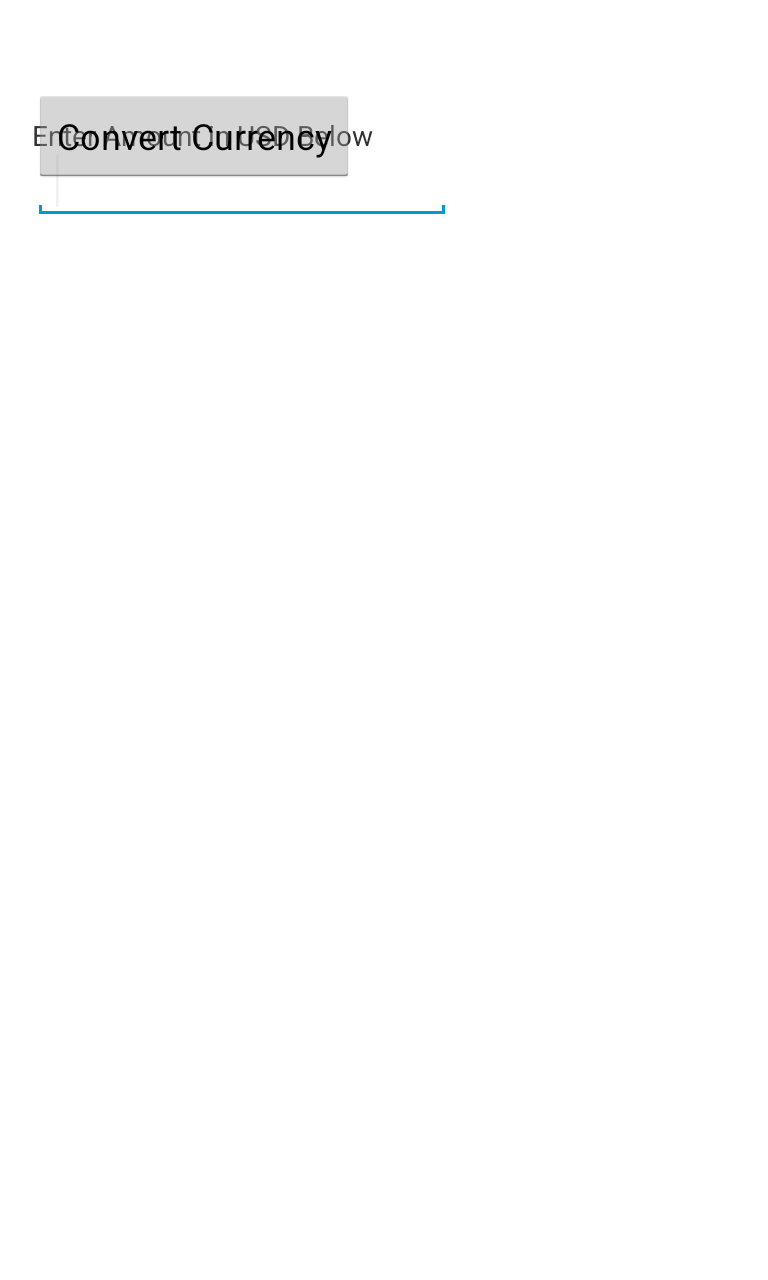
Repository: scottcaruso/mdf3_currencyconverter
Layout: Week1LauncherApp/res/layout/activity_main.xml
An editor plug-in stored every save of this project. The layout is shown before and after the next save, followed by the edit.
It is drawn on a 768 x 1280 px phone screen (xhdpi) without system bars, with theme AppTheme; the app's code is not run.

Above is the layout before, as saved 2013-09-07 04:30:44.

### Week1LauncherApp/res/layout/activity_main.xml
<RelativeLayout xmlns:android="http://schemas.android.com/apk/res/android"
    xmlns:tools="http://schemas.android.com/tools"
    android:layout_width="match_parent"
    android:layout_height="match_parent"
    android:paddingBottom="@dimen/activity_vertical_margin"
    android:paddingLeft="@dimen/activity_horizontal_margin"
    android:paddingRight="@dimen/activity_horizontal_margin"
    android:paddingTop="@dimen/activity_vertical_margin"
    tools:context=".MainActivity" >

    <EditText
        android:id="@+id/entry"
        android:layout_width="wrap_content"
        android:layout_height="wrap_content"
        android:layout_alignParentLeft="true"
        android:layout_alignParentTop="true"
        android:layout_marginTop="55dp"
        android:ems="10"
        android:inputType="numberDecimal" >

        <requestFocus />
    </EditText>

    <TextView
        android:id="@+id/textView1"
        android:layout_width="wrap_content"
        android:layout_height="wrap_content"
        android:layout_alignLeft="@+id/entry"
        android:layout_alignParentTop="true"
        android:layout_alignRight="@+id/entry"
        android:layout_marginTop="42dp"
        android:text="@string/enter_amount_in_usd_below" />

    <Button
        android:id="@+id/convert"
        android:layout_width="wrap_content"
        android:layout_height="wrap_content"
        android:layout_alignLeft="@+id/editText1"
        android:layout_below="@+id/editText1"
        android:layout_marginTop="28dp"
        android:text="Convert Currency" />

</RelativeLayout>

### Week1LauncherApp/res/values/strings.xml
<?xml version="1.0" encoding="utf-8"?>
<resources>

    <string name="app_name">Week1LauncherApp</string>
    <string name="action_settings">Settings</string>
    <string name="hello_world">Hello world!</string>
    <string name="enter_amount_in_usd_below">Enter Amount in USD Below</string>

</resources>

Loaded but not shown: Week1LauncherApp/res/values/styles.xml (common file); Week1LauncherApp/res/values-v11/styles.xml (common file); Week1LauncherApp/res/values-v14/styles.xml (common file); Week1LauncherApp/res/values/dimens.xml (common file)

After the next save:
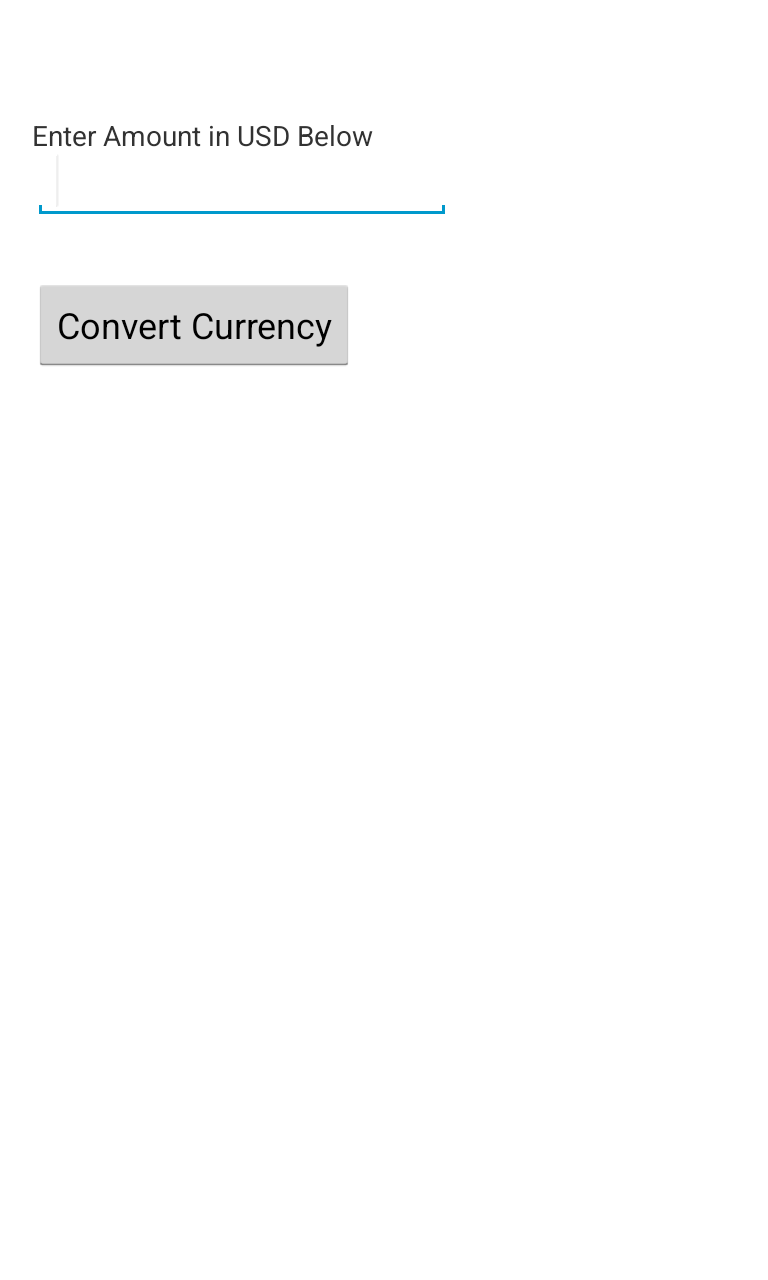
Saved 9 s later.
--- a/Week1LauncherApp/res/layout/activity_main.xml
+++ b/Week1LauncherApp/res/layout/activity_main.xml
@@ -35,8 +35,8 @@
         android:id="@+id/convert"
         android:layout_width="wrap_content"
         android:layout_height="wrap_content"
-        android:layout_alignLeft="@+id/editText1"
-        android:layout_below="@+id/editText1"
+        android:layout_alignLeft="@+id/entry"
+        android:layout_below="@+id/entry"
         android:layout_marginTop="28dp"
         android:text="Convert Currency" />
 
